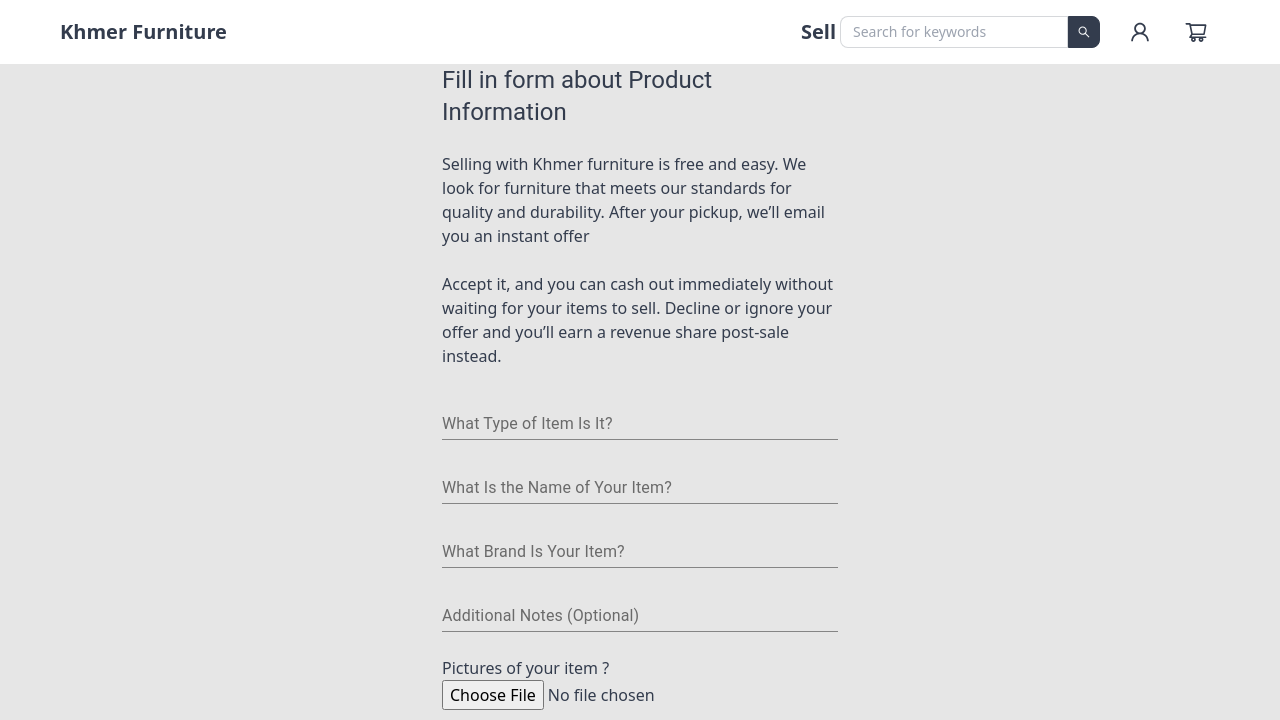
Repository: PlayerNguyen/dotot-shop
Page: /sell (app in client/)
These files come from the project's save history. The page is drawn as it stood at one moment and after the next save; the edit follows.
The browser window is 1280 px wide. The pictures show the whole page.
An inner scrolling area shows only its first screen. The project was rebuilt for these pictures with package versions that can differ from the ones it lists, and the page was loaded fresh each time. Also part of the build but not shown: client/src/components/NoMatch/NoMatch.jsx, client/src/components/Sell/UserDetails.js, client/src/components/Sell/Confirmation.js, client/src/components/Sell/Success.js.

Above is the page before, as saved 2022-12-10 15:52:30.

After the next save:
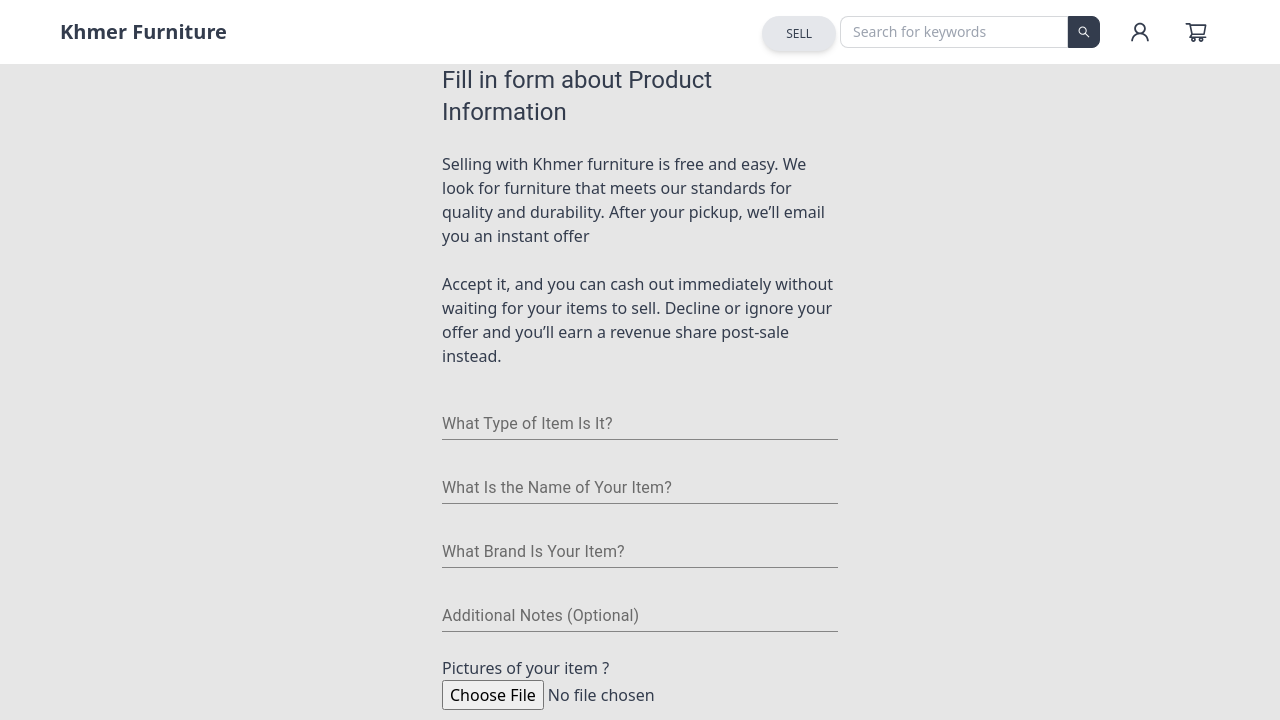
Saved 99 s later.
--- a/client/src/components/Navbar/Navbar.jsx
+++ b/client/src/components/Navbar/Navbar.jsx
@@ -35,7 +35,7 @@ export default function Navbar() {
       {/* Wide screen  */}
       <div className="hidden lg:flex flex-row gap-1 text-2xl">
       <Link to="/sell">
-          <h1 className="text-xl font-bold ">Sell </h1>
+          <h1 className="inline-block px-6 py-2.5 bg-gray-200 text-gray-700 font-medium text-xs leading-tight uppercase rounded-full shadow-md hover:bg-gray-300 hover:shadow-lg focus:bg-gray-300 focus:shadow-lg focus:outline-none focus:ring-0 active:bg-gray-400 active:shadow-lg transition duration-150 ease-in-out">Sell </h1>
           <span></span>
         </Link>
         {/* Search group */}
